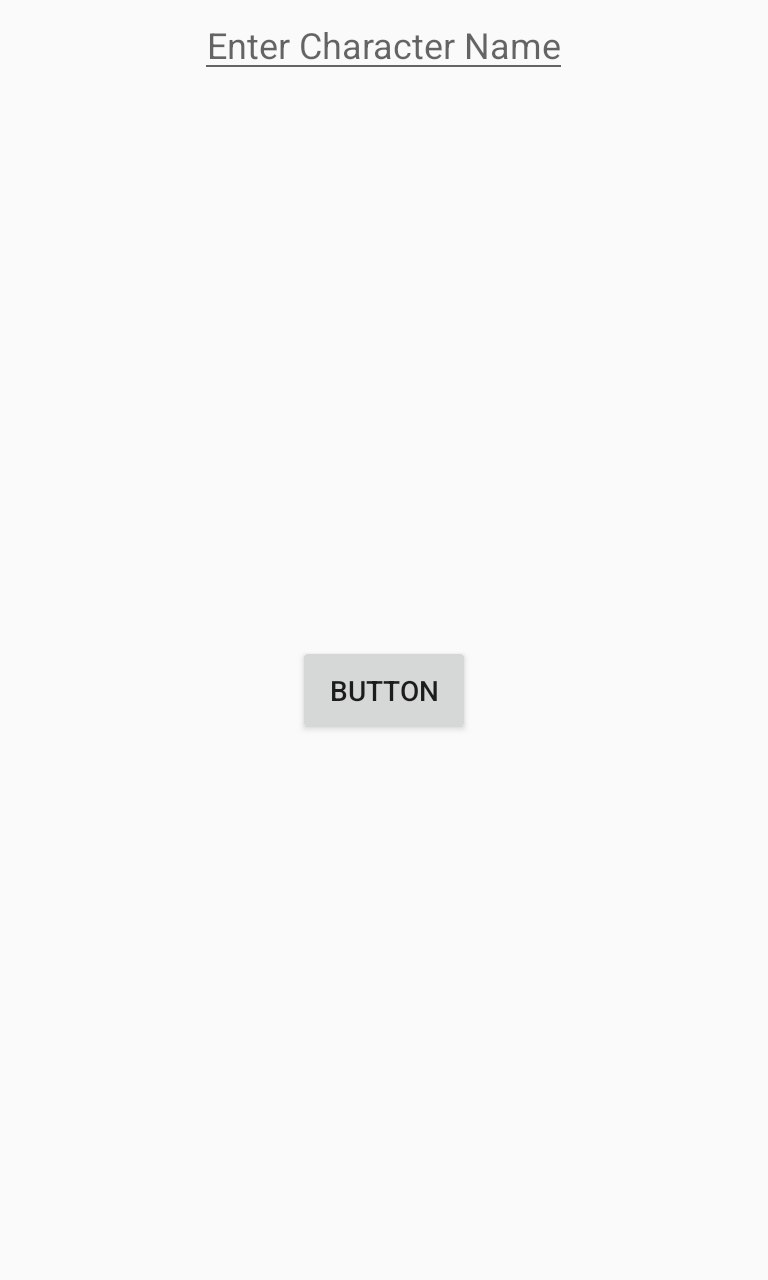
Repository: Vortelf/DnDAndroid
Layout: BuildApp/DnD/res/layout/activity_random_char.xml
An editor plug-in stored every save of this project. The layout is shown before and after the next save, followed by the edit.
It is drawn on a 768 x 1280 px phone screen (xhdpi) without system bars, with theme AppTheme; the app's code is not run.

Above is the layout before, as saved 2014-11-09 06:25:20.

After the next save:
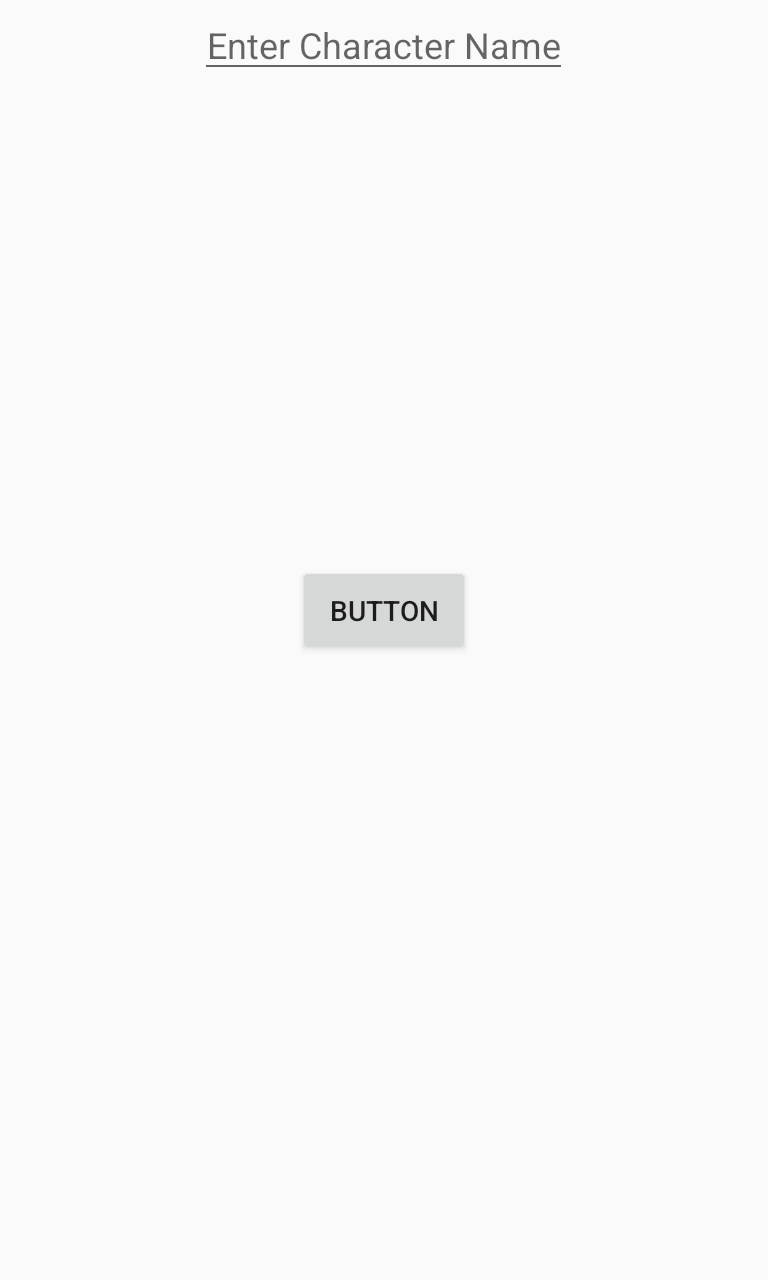
Saved 91 s later.
--- a/BuildApp/DnD/res/layout/activity_random_char.xml
+++ b/BuildApp/DnD/res/layout/activity_random_char.xml
@@ -32,7 +32,7 @@
 	        android:layout_height="wrap_content"
 	        android:layout_alignParentTop="true"
 	        android:layout_centerHorizontal="true"
-	        android:layout_marginTop="50dp"
+	        android:layout_marginTop="10dp"
 	        android:gravity="center_horizontal"
 	        android:padding="20dp"
 	        android:text="@string/random_button" />
